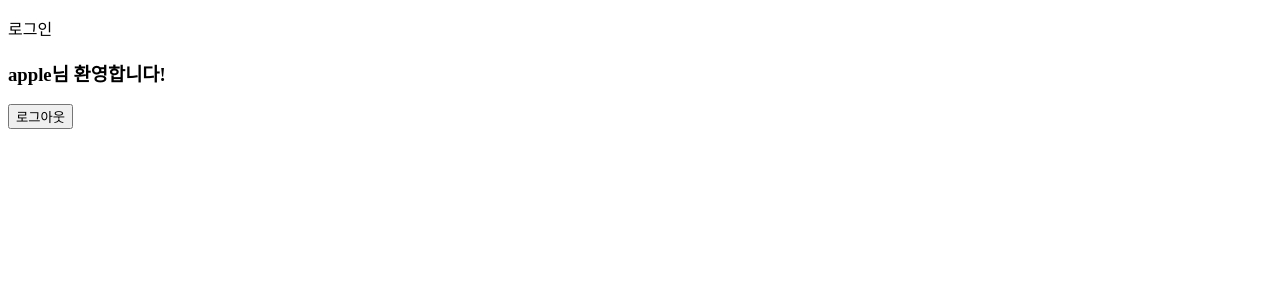
Repository: Blair-Kim/JSP
Page: http://localhost/Day2/6_loginsession.jsp
The author's editor kept a copy of each file at every save. The page is drawn from the files as they stood at one save, then again after the next save.
The browser window is 1280 px wide. The pictures show the whole page.
The page is served by Tomcat 9.

Above is the page before, as saved 2022-01-13 04:12:42.

After the next save:
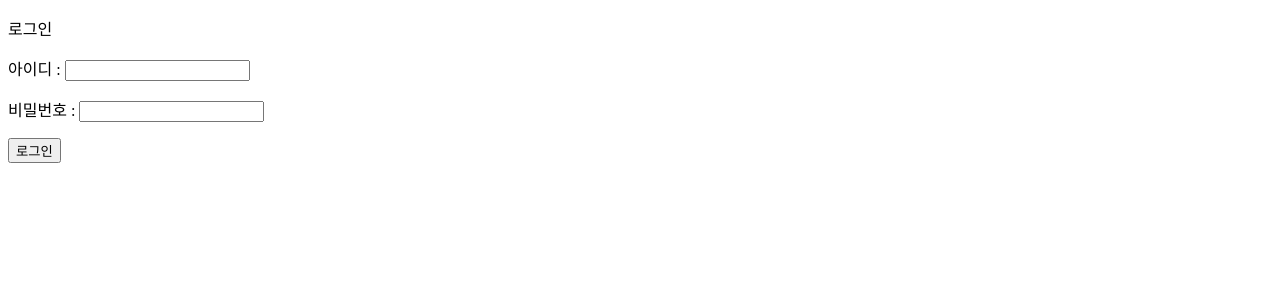
Saved 83 s later.
--- a/Day2/WebContent/6_loginsession.jsp
+++ b/Day2/WebContent/6_loginsession.jsp
@@ -2,7 +2,7 @@
     pageEncoding="UTF-8"%>
 <%
 	String userid = null;
-	session.setAttribute("userid","apple");
+//	session.setAttribute("userid","apple");
 	if(session.getAttribute("userid") != null){
 		userid = (String)session.getAttribute("userid");
 	}
